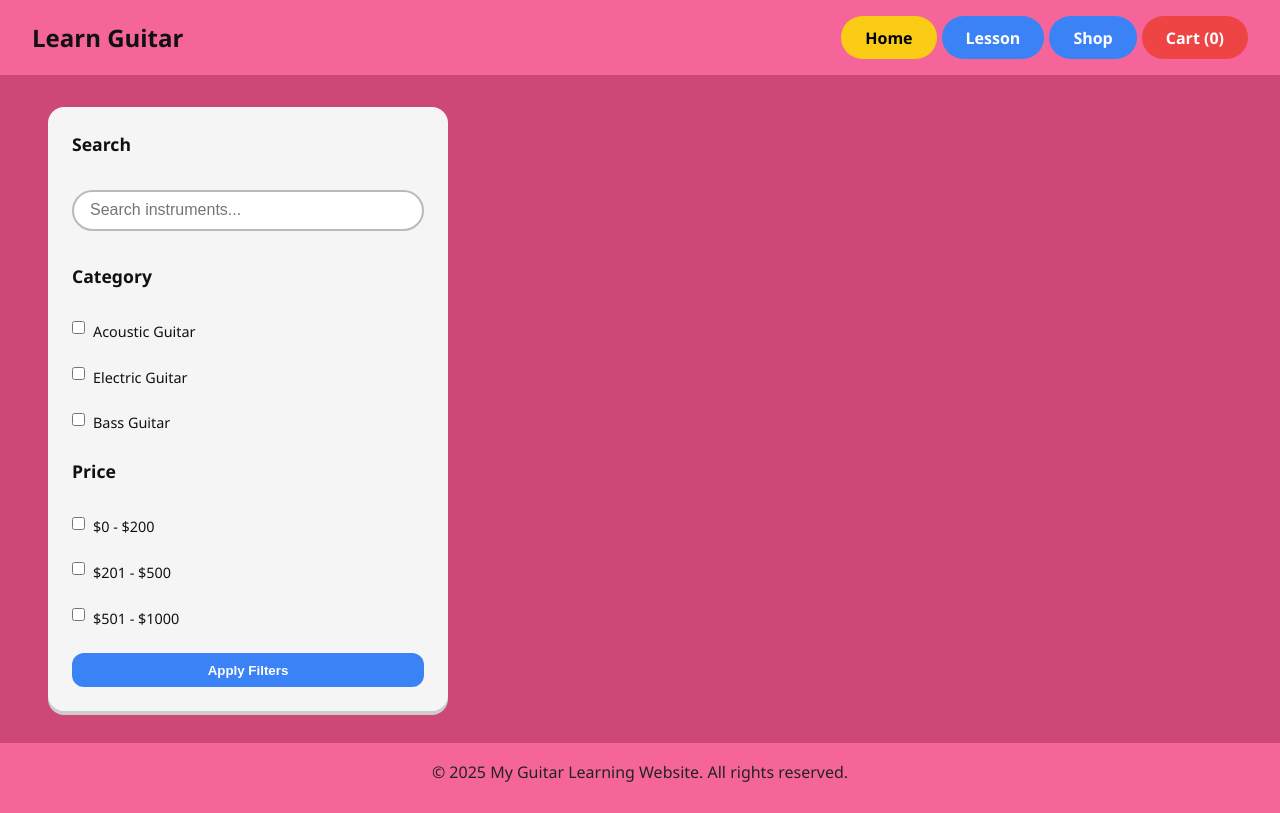
Repository: rywkoo/LearnGuitar
Page: templates/shop.html
An editor plug-in stored every save of this project. The page is shown before and after the next save, followed by the edit.
The browser window is 1280 px wide. The pictures show the whole page.
The page is served by the project's application, run on Flask 3 (app.py). The template is opened directly, without the code that normally fills it, so the values that code supplies are empty.

Above is the page before, as saved 2025-08-25 21:13:30.

After the next save:
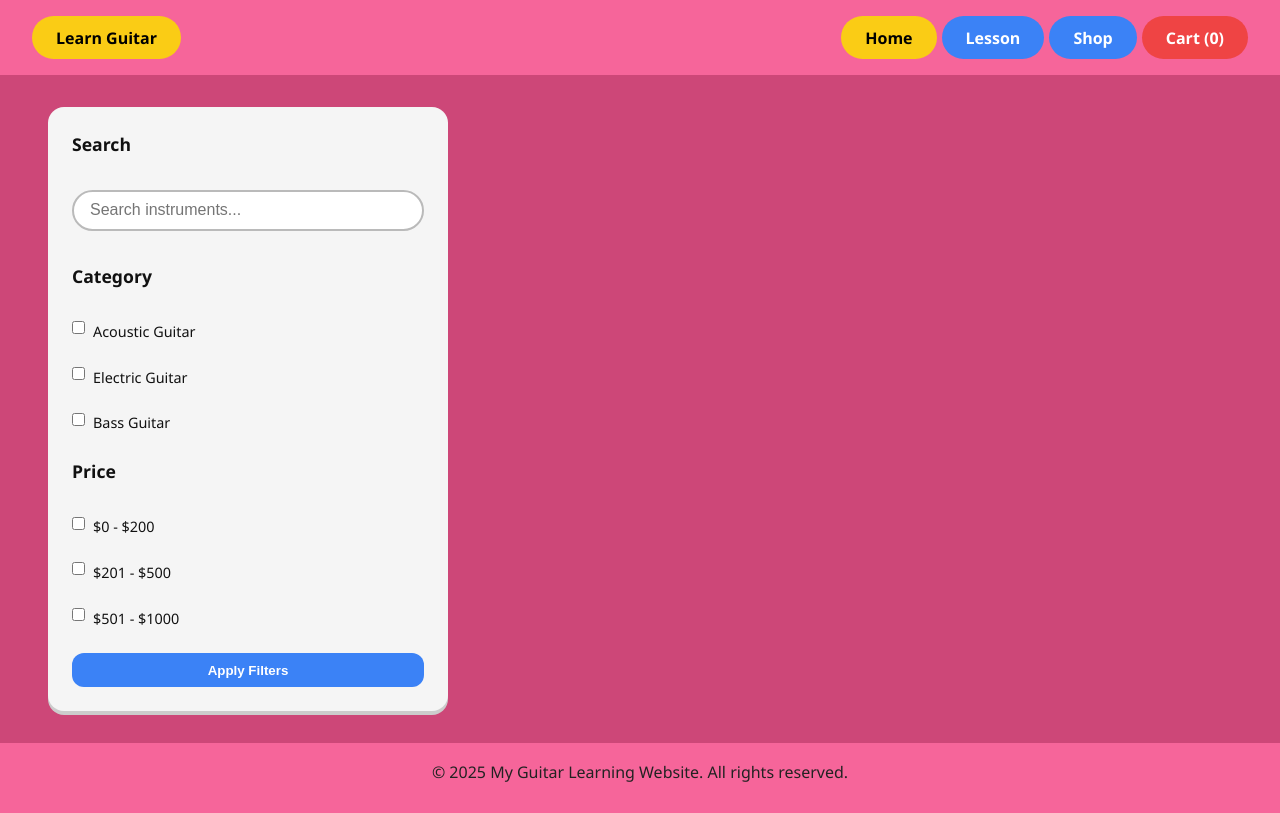
Saved 58 s later.
--- a/templates/master.html
+++ b/templates/master.html
@@ -9,7 +9,7 @@
 <div id="app">
   <!-- ===== Navbar ===== -->
   <nav class="navbar" style="padding: 1rem 2rem; display: flex; justify-content: space-between; align-items: center; background: #f6659a;">
-    <div class="logo" style="font-weight: 700; font-size: 1.5rem;">Learn Guitar</div>
+    <div class="btn btn-primary btn-lg">Learn Guitar</div>
     <div class="nav-links" style="display: flex; gap:5px;">
       <a class="btn btn-primary" href="{{ url_for('home') }}">Home</a>
       <a class="btn btn-secondary" href="{{ url_for('lesson') }}">Lesson</a>
